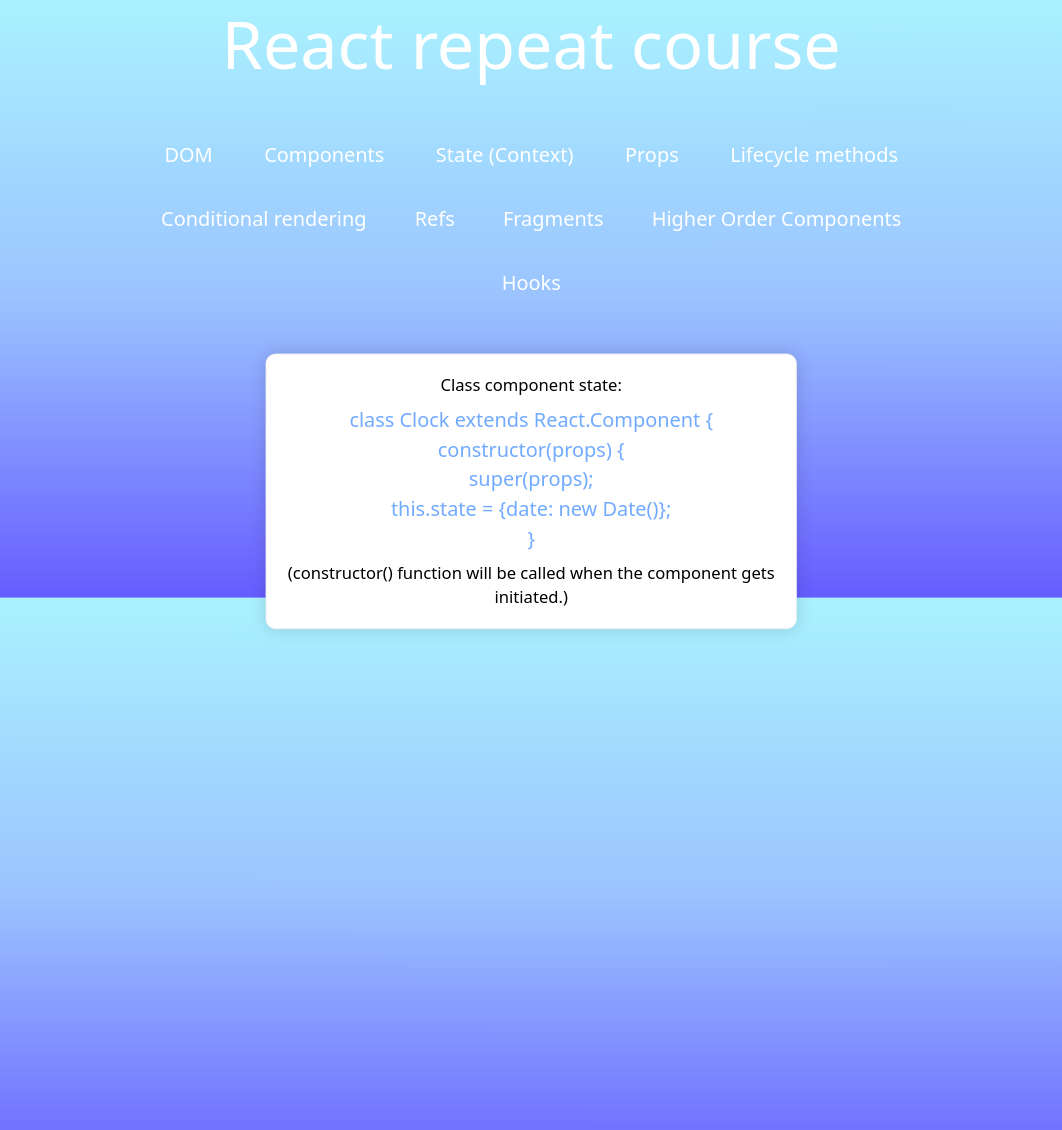
Repository: michalgornicki/github
Page: /#/State
The author's editor kept a copy of each file at every save. The page is drawn from the files as they stood at one save, then again after the next save.
The browser window is 1280 px wide. The pictures show the whole page, at 83% of full size.
Backgrounds fixed to the window are drawn as part of the page. The project was rebuilt for these pictures with package versions that can differ from the ones it lists, and the page was loaded fresh each time. Also part of the build but not shown: src/components/dom.jsx, src/components/components.jsx, src/components/props.jsx, src/components/lifecycle.jsx, src/components/conditional.jsx, src/components/refs.jsx, src/components/fragments.jsx, src/components/hoc.jsx and 1 more.

Above is the page before, as saved 2022-02-07 12:43:39.

### src/App.jsx
import React from "react";
import "./App.css";
import "bootstrap/dist/css/bootstrap.min.css";
import { Route, HashRouter as Router, Routes, Link } from "react-router-dom";
import DOM from "./components/dom.jsx";
import Components from "./components/components.jsx";
import State from "./components/state.jsx";
import Props from "./components/props.jsx";
import Lifecycle from "./components/lifecycle.jsx";
import Conditional from "./components/conditional.jsx";
import Refs from "./components/refs.jsx";
import Fragments from "./components/fragments.jsx";
import HOC from "./components/hoc.jsx";
import Hooks from "./components/hooks.jsx";

const App = () => {
  return (
    <Router>
      <div className="text-center">
        <div className="display-1 mt-1 mb-5 text-white">React repeat course</div>

        <div className="h4 d-flex w-75 m-auto my-5 justify-content-evenly flex-wrap text-white">
          <Link className="link-style m-3" to="/">
            DOM
          </Link>
          <Link className="link-style m-3" to="/Components">
            Components
          </Link>
          <Link className="link-style m-3" to="/State">
            State (Context)
          </Link>
          <Link className="link-style m-3" to="/Props">
            Props
          </Link>
          <Link className="link-style m-3" to="/Lifecycle">
            Lifecycle methods
          </Link>
          <Link className="link-style m-3" to="/Conditional">
            Conditional rendering
          </Link>
          <Link className="link-style m-3" to="/Refs">
            Refs
          </Link>
          <Link className="link-style m-3" to="/Fragments">
            Fragments
          </Link>
          <Link className="link-style m-3" to="/HOC">
            Higher Order Components
          </Link>
          <Link className="link-style m-3" to="/Hooks">
            Hooks
          </Link>
        </div>

        <Routes>
          <Route path="/" element={<DOM />} />
          <Route path="/Components" element={<Components />} />
          <Route path="/State" element={<State />} />
          <Route path="/Props" element={<Props />} />
          <Route path="/Lifecycle" element={<Lifecycle />} />
          <Route path="/Conditional" element={<Conditional />} />
          <Route path="/Refs" element={<Refs />} />
          <Route path="/Fragments" element={<Fragments />} />
          <Route path="/HOC" element={<HOC />} />
          <Route path="/Hooks" element={<Hooks />} />
        </Routes>
      </div>
    </Router>
  );
};

export default App;

### src/App.css
@import url('https://fonts.googleapis.com/css2?family=Catamaran:wght@400&display=swap');

body{
    font-family: 'Catamaran', sans-serif;
    overflow-x: hidden;
    padding-bottom: 80vh;
    height: auto;
    background: linear-gradient(rgb(170, 242, 255), rgb(155, 195, 255), rgb(102, 92, 255));
    background-attachment: fixed;
}

.js-item{
    color:rgb(0, 0, 0);
    font-size: 1.25rem;
    background-color: white;
    transition: 0.2s;
    padding: 3vh;
    margin-bottom: 4vh!important;
    border: 1px solid rgb(240, 240, 240);
    width: 50%;
    margin-left: auto;
    margin-right: auto;
    box-shadow: 0px 0px 20px rgba(0, 0, 0, 0.15);
    border-radius: 0.75rem;
}

.js-item:hover{
    cursor: pointer;
    background-color: rgb(240, 240, 240);
}

.text-color{
    margin: auto;
    padding: 0.5rem;
    width: fit-content;
    color:rgb(113, 170, 255)!important;
    font-size: 1.5rem;
    border-radius: 1rem;
}

.link-style{
    color: inherit;
    text-decoration: inherit;
    padding: 0.5rem;
    border-radius: 0.5rem;
}

.link-style:hover{
    color: rgb(113, 170, 255);
    text-decoration: inherit;
}

@media only screen and (max-device-width: 600px), (max-width: 600px) {

    .js-item{
        width: 95%;
    }

}

### src/components/state.jsx
const State = () => {
  return (
    <div className="">
      <div className="js-item">
        {" "}
        <div className="">Class component state: </div>
        <div className="text-color">
          {`class Clock extends React.Component {`} <br />
          {`constructor(props) {`} <br />
          {`super(props);`}{" "} <br />
          {`this.state = {date: new Date()};`}{" "} <br />
          {`}`}{" "}
        </div>{" "}
        (constructor() function will be called when the component gets initiated.)
      </div>
    </div>
  );
};

export default State;

Loaded but not shown: public/index.html (common file); src/index.js (common file); src/index.css (common file); src/reportWebVitals.js (common file)

After the next save:
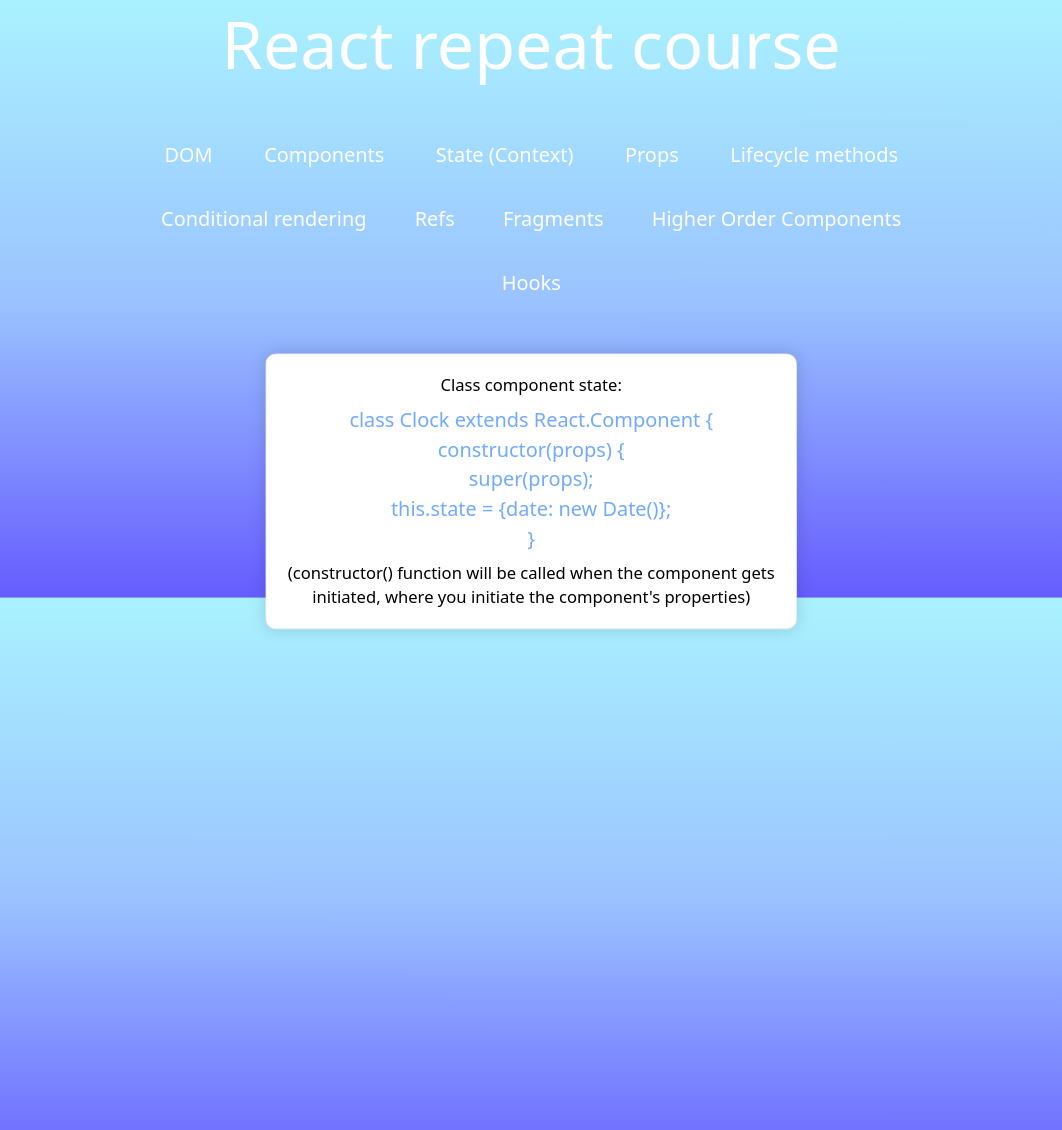
Saved 67 s later.
--- a/src/components/state.jsx
+++ b/src/components/state.jsx
@@ -11,7 +11,7 @@
           {`this.state = {date: new Date()};`}{" "} <br />
           {`}`}{" "}
         </div>{" "}
-        (constructor() function will be called when the component gets initiated.)
+        (constructor() function will be called when the component gets initiated, where you initiate the component's properties)
       </div>
     </div>
   );
